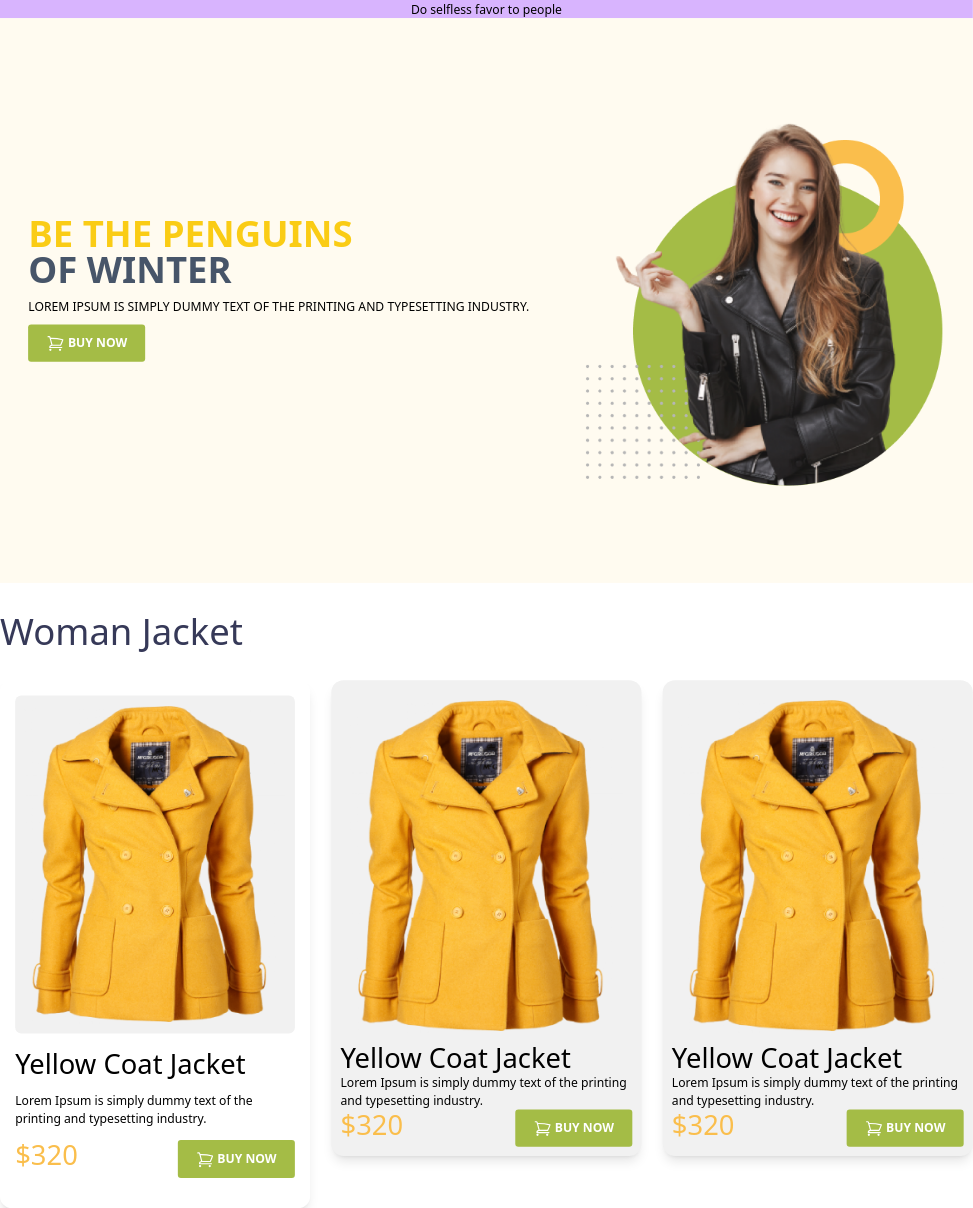
Repository: zjria/penguin-e-commerce-fashion
Page: index.html
An editor plug-in stored every save of this project. The page is shown before and after the next save, followed by the edit.
The browser window is 1280 px wide. The pictures show the whole page, at 76% of full size.
Some web libraries are served in a nearby version.

Above is the page before, as saved 2022-10-07 08:32:57.

After the next save:
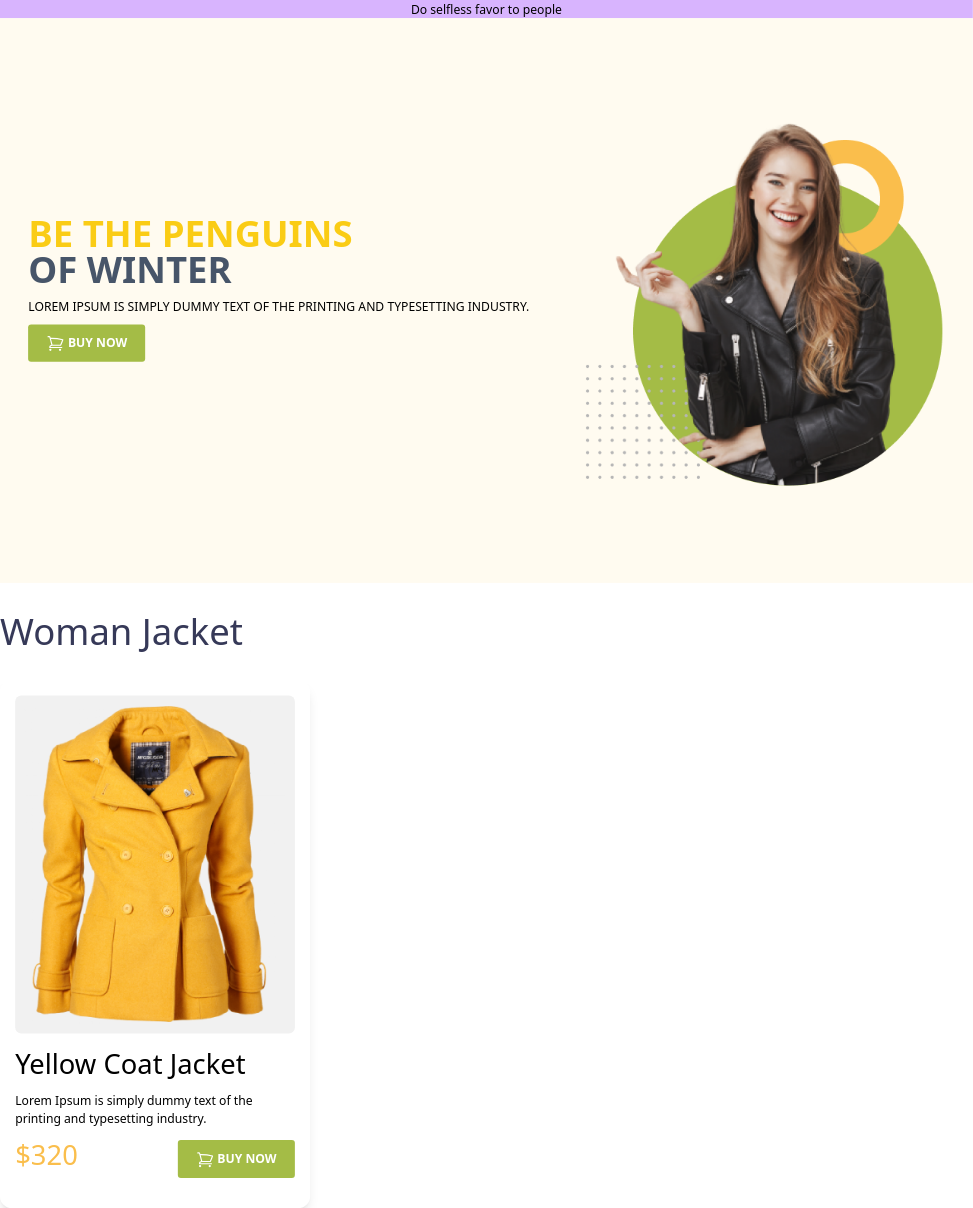
Saved 54 s later.
--- a/index.html
+++ b/index.html
@@ -88,48 +88,7 @@
                         </div>
                     </div>
                 </div>
-                <div class="full_card_bg">
-                    <div class="bg-card_bg rounded-2xl shadow-lg p-3">
-                        <div class="p-3">
-                            <img src="images/jacket-1.png" alt="">
-                        </div>
-                        <h3 class="text-4xl">Yellow Coat Jacket</h3>
-                        <p>Lorem Ipsum is simply dummy text of the
-                            printing and typesetting industry.</p>
-                        <div class="flex justify-between">
-                            <h3 class="text-4xl text-price_color">$320</h3>
-                            <button
-                                class="uppercase bg-[#A4BC46] py-3 px-6 text-white font-semibold rounded font-anther_text">
-                                <svg xmlns="http://www.w3.org/2000/svg" fill="none" viewBox="0 0 24 24"
-                                    stroke-width="1.5" stroke="currentColor" class="w-6 h-6 inline text-white">
-                                    <path stroke-linecap="round" stroke-linejoin="round"
-                                        d="M2.25 3h1.386c.51 0 .955.343 1.087.835l.383 1.437M7.5 14.25a3 3 0 00-3 3h15.75m-12.75-3h11.218c1.121-2.3 2.1-4.684 2.924-7.138a60.114 60.114 0 00-16.536-1.84M7.5 14.25L5.106 5.272M6 20.25a.75.75 0 11-1.5 0 .75.75 0 011.5 0zm12.75 0a.75.75 0 11-1.5 0 .75.75 0 011.5 0z" />
-                                </svg>
-                                Buy Now</button>
-                        </div>
-                    </div>
-                </div>
-                <div class="full_card_bg">
-                    <div class="bg-card_bg rounded-2xl shadow-lg p-3">
-                        <div class="p-3">
-                            <img src="images/jacket-1.png" alt="">
-                        </div>
-                        <h3 class="text-4xl">Yellow Coat Jacket</h3>
-                        <p>Lorem Ipsum is simply dummy text of the
-                            printing and typesetting industry.</p>
-                        <div class="flex justify-between">
-                            <h3 class="text-4xl text-price_color">$320</h3>
-                            <button
-                                class="uppercase bg-[#A4BC46] py-3 px-6 text-white font-semibold rounded font-anther_text">
-                                <svg xmlns="http://www.w3.org/2000/svg" fill="none" viewBox="0 0 24 24"
-                                    stroke-width="1.5" stroke="currentColor" class="w-6 h-6 inline text-white">
-                                    <path stroke-linecap="round" stroke-linejoin="round"
-                                        d="M2.25 3h1.386c.51 0 .955.343 1.087.835l.383 1.437M7.5 14.25a3 3 0 00-3 3h15.75m-12.75-3h11.218c1.121-2.3 2.1-4.684 2.924-7.138a60.114 60.114 0 00-16.536-1.84M7.5 14.25L5.106 5.272M6 20.25a.75.75 0 11-1.5 0 .75.75 0 011.5 0zm12.75 0a.75.75 0 11-1.5 0 .75.75 0 011.5 0z" />
-                                </svg>
-                                Buy Now</button>
-                        </div>
-                    </div>
-                </div>
+
 
             </div>
 
